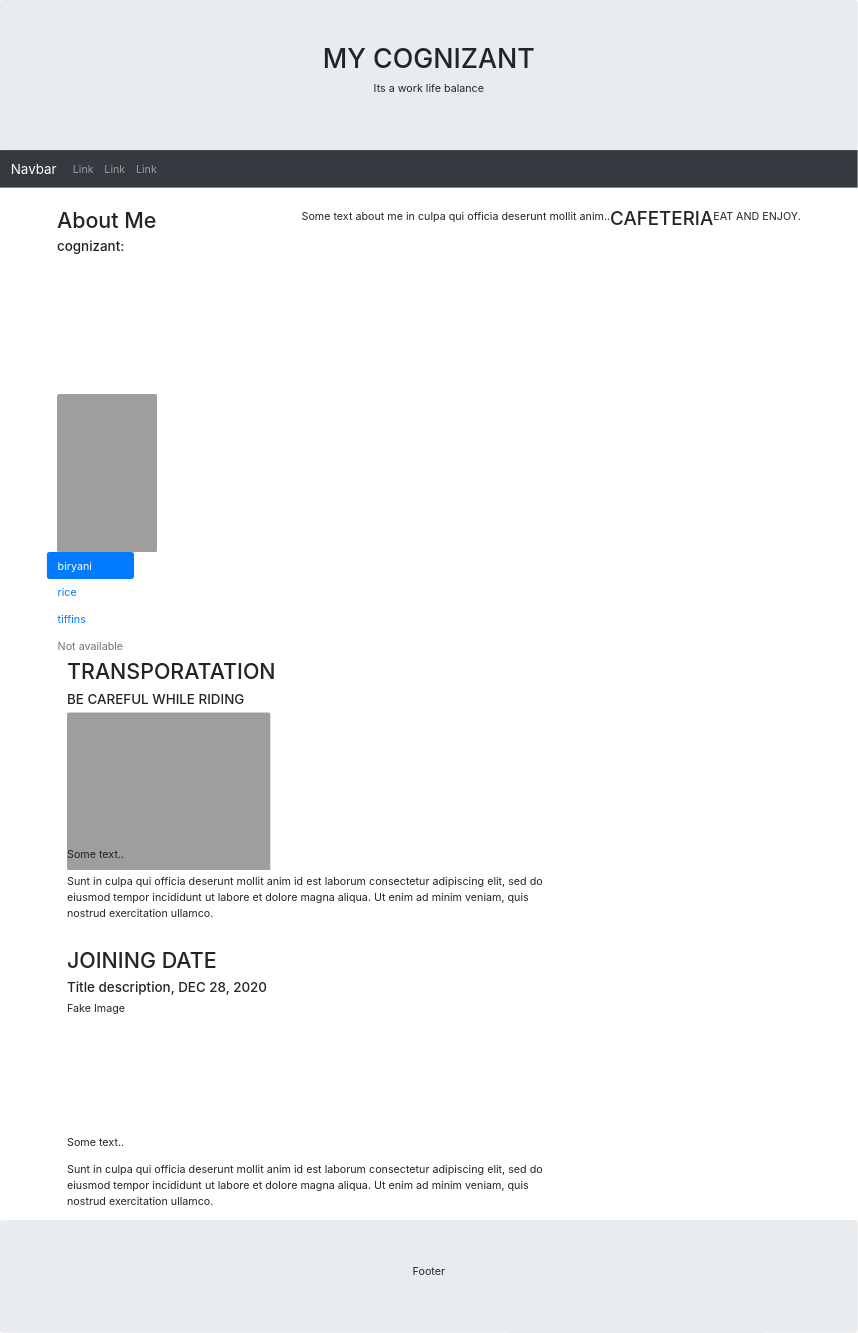
Repository: suvarsha/cognizant-projects
Page: BootStramp1/WebContent/first.html
The author's editor kept a copy of each file at every save. The page is drawn from the files as they stood at one save, then again after the next save.
The browser window is 1280 px wide. The pictures show the whole page, at 67% of full size.
Pictures or frames that could not be fetched are drawn as grey boxes.

Above is the page before, as saved 2020-01-18 11:47:46.

### BootStramp1/WebContent/first.html
<!DOCTYPE html>
<html lang="en">
<head>
  <title>Bootstrap 4 Website Example</title>
  <meta charset="utf-8">
  <meta name="viewport" content="width=device-width, initial-scale=1">
  <link rel="stylesheet" href="https://maxcdn.bootstrapcdn.com/bootstrap/4.4.1/css/bootstrap.min.css">
  <script src="https://ajax.googleapis.com/ajax/libs/jquery/3.4.1/jquery.min.js"></script>
  <script src="https://cdnjs.cloudflare.com/ajax/libs/popper.js/1.16.0/umd/popper.min.js"></script>
  <script src="https://maxcdn.bootstrapcdn.com/bootstrap/4.4.1/js/bootstrap.min.js"></script>
  <style>
  .fakeimg {
    height: 200px;
    background:white;
  }
  </style>
</head>
<body>

<div class="jumbotron text-center" style="margin-bottom:0">
  <h1>MY COGNIZANT</h1>
  <p>Its a  work life balance</p>
</div>

<nav class="navbar navbar-expand-sm bg-dark navbar-dark">
  <a class="navbar-brand" href="#">Navbar</a>
  <button class="navbar-toggler" type="button" data-toggle="collapse" data-target="#collapsibleNavbar">
    <span class="navbar-toggler-icon"></span>
  </button>
  <div class="collapse navbar-collapse" id="collapsibleNavbar">
    <ul class="navbar-nav">
      <li class="nav-item">
        <a class="nav-link" href="#">Link</a>
      </li>
      <li class="nav-item">
        <a class="nav-link" href="#">Link</a>
      </li>
      <li class="nav-item">
        <a class="nav-link" href="#">Link</a>
      </li>
    </ul>
  </div>
</nav>

<div class="container" style="margin-top:30px">
  <div class="row">
    <div class="col-sm-4">
      <h2>About Me</h2>
      <h5>cognizant:</h5>
      <div class="fakeimg"></div>
      <img src="C:\cognizant\BootStramp1\WebContent\image\download (1).jpg" class="rounded" alt="Cinque Terre" width="150" height="236"></div>
      <p>Some text about me in culpa qui officia deserunt mollit anim..</p>
      <h3>CAFETERIA</h3>
      <p>EAT AND ENJOY.</p>
      <ul class="nav nav-pills flex-column">
        <li class="nav-item">
          <a class="nav-link active" href="#">biryani</a>
        </li>
        <li class="nav-item">
          <a class="nav-link" href="#">rice</a>
        </li>
        <li class="nav-item">
          <a class="nav-link" href="#">tiffins</a>
        </li>
        <li class="nav-item">
          <a class="nav-link disabled" href="#">Not available</a>
        </li>
      </ul>
      <hr class="d-sm-none">
    </div>
    <div class="col-sm-8">
      <h2>TRANSPORATATION</h2>
      <h5>BE CAREFUL WHILE RIDING</h5>
      <div class="fakeimg">
      <img src="C:\cognizant\BootStramp1\WebContent\image\download.jpg" class="rounded" alt="Cinque Terre" width="304" height="236"></div>
      <p>Some text..</p>
      <p>Sunt in culpa qui officia deserunt mollit anim id est laborum consectetur adipiscing elit, sed do eiusmod tempor incididunt ut labore et dolore magna aliqua. Ut enim ad minim veniam, quis nostrud exercitation ullamco.</p>
      <br>
      <h2>JOINING DATE</h2>
      <h5>Title description, DEC 28, 2020</h5>
      <div class="fakeimg">Fake Image</div>
      <p>Some text..</p>
      <p>Sunt in culpa qui officia deserunt mollit anim id est laborum consectetur adipiscing elit, sed do eiusmod tempor incididunt ut labore et dolore magna aliqua. Ut enim ad minim veniam, quis nostrud exercitation ullamco.</p>
    </div>
  </div>
</div>

<div class="jumbotron text-center" style="margin-bottom:0">
  <p>Footer</p>
</div>

</body>
</html>

After the next save:
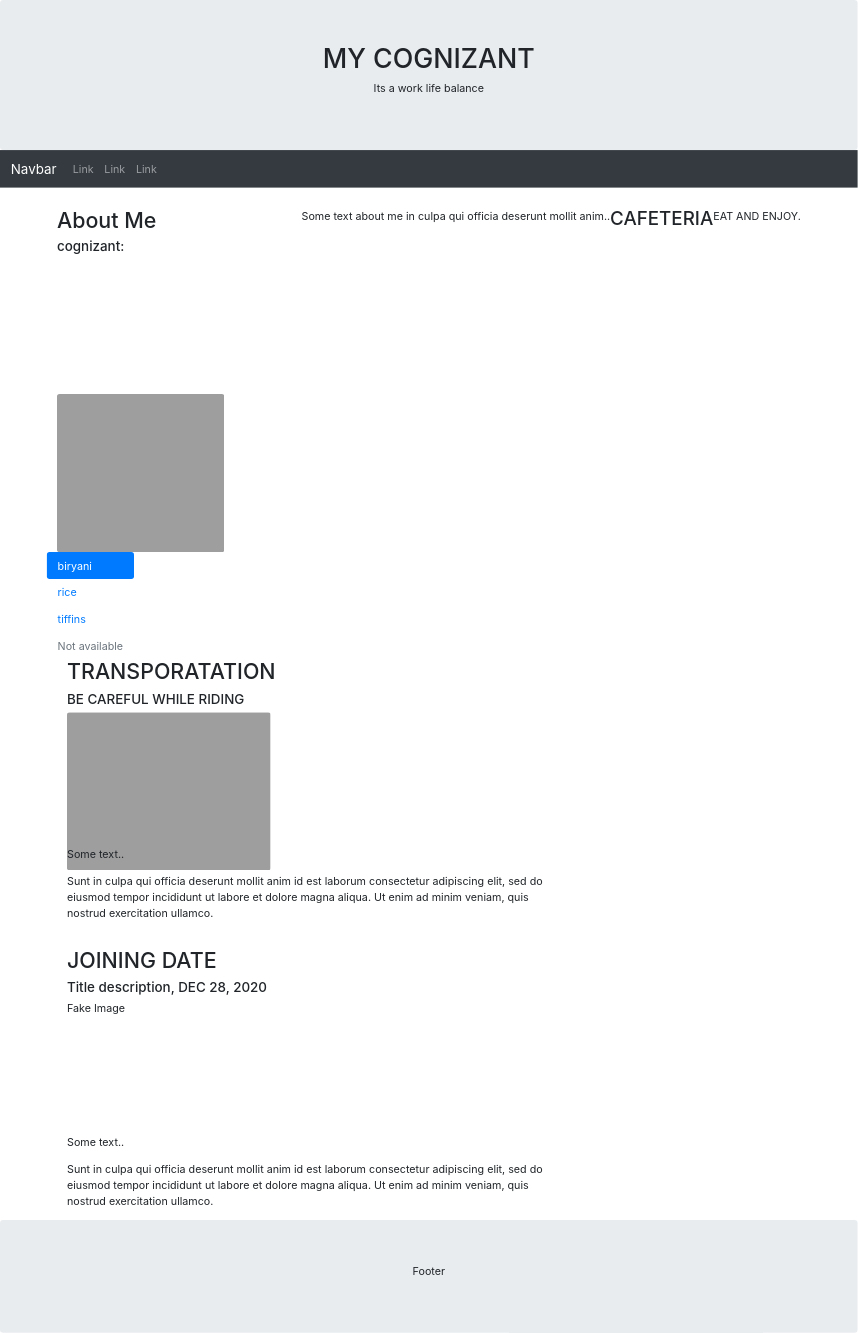
Saved 27 s later.
--- a/BootStramp1/WebContent/first.html
+++ b/BootStramp1/WebContent/first.html
@@ -48,7 +48,7 @@
       <h2>About Me</h2>
       <h5>cognizant:</h5>
       <div class="fakeimg"></div>
-      <img src="C:\cognizant\BootStramp1\WebContent\image\download (1).jpg" class="rounded" alt="Cinque Terre" width="150" height="236"></div>
+      <img src="C:\cognizant\BootStramp1\WebContent\image\download (1).jpg" class="rounded" alt="Cinque Terre" width="250" height="236"></div>
       <p>Some text about me in culpa qui officia deserunt mollit anim..</p>
       <h3>CAFETERIA</h3>
       <p>EAT AND ENJOY.</p>
